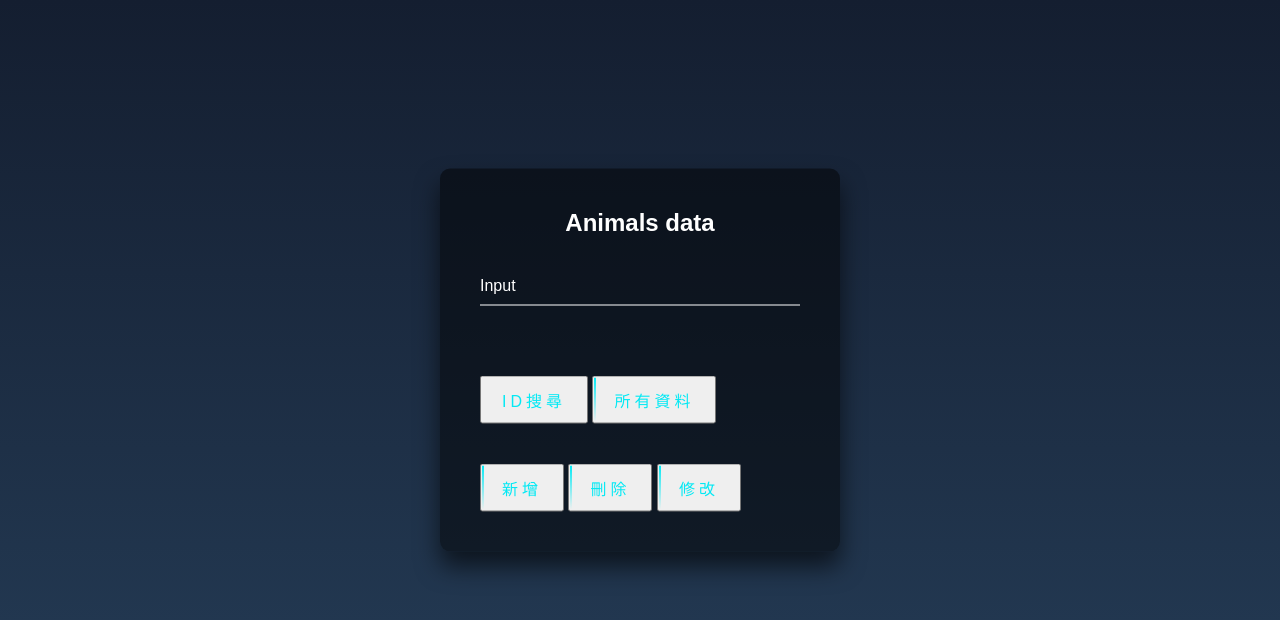
Repository: Ray917x/JaveEEforProject
Page: JSP/src/main/webapp/project/MainPageCSS.html
An editor plug-in stored every save of this project. The page is shown before and after the next save, followed by the edit.
The browser window is 1280 px wide. The pictures show the whole page.

Above is the page before, as saved 2022-09-14 08:44:29.

After the next save:
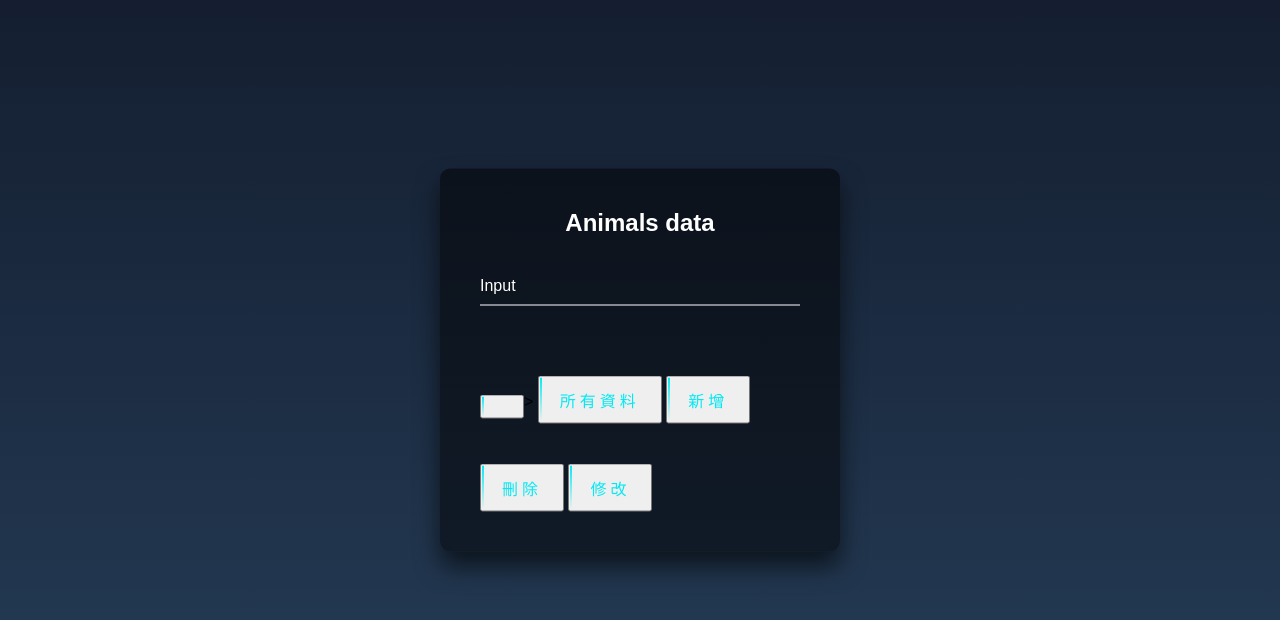
Saved 15 min 44 s later.
--- a/JSP/src/main/webapp/project/MainPageCSS.html
+++ b/JSP/src/main/webapp/project/MainPageCSS.html
@@ -197,11 +197,11 @@ body {
 				<input type="text" name="animal_id" required> <label>Input</label>
 			</div>
 
-			<input type="submit" class="button" value="ID搜尋">
-			<span></span>
-			<span></span>
-			<span></span>
-			<span></span>
+			<button  class="button" value="ID搜尋">
+			<span></span>
+			<span></span>
+			<span></span>
+			<span></span>  </button>>
 
 			<button class="button" formaction="/JSP/AnimalGetAllJSTL">
 			<span></span>
